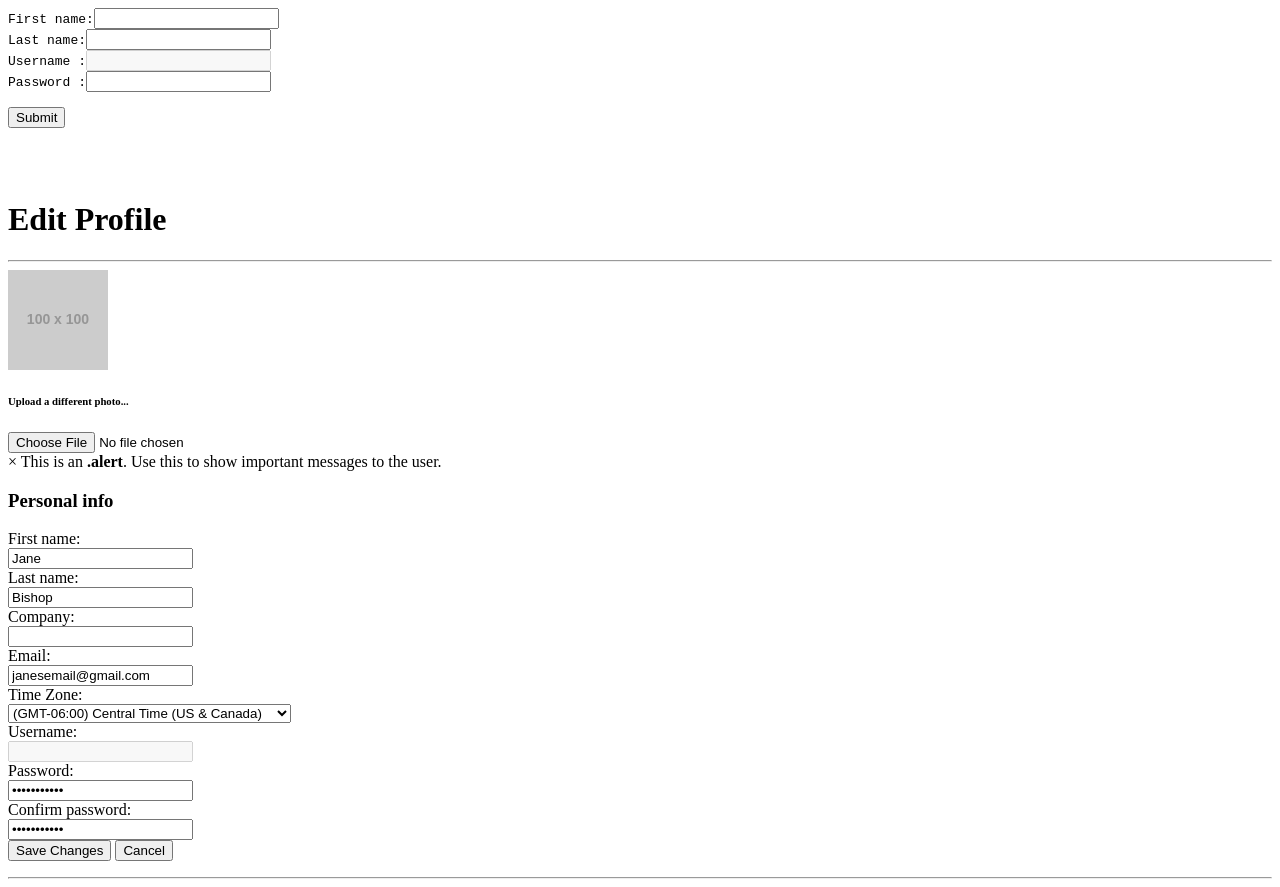
Repository: aneishkumar/AngularJS-Application
Page: Angularjs-Application-march30th/project2/WebContent/updateuser.html
The author's editor kept a copy of each file at every save. The page is drawn from the files as they stood at one save, then again after the next save.
The browser window is 1280 px wide. The pictures show the whole page.

Above is the page before, as saved 2018-03-29 11:22:21.

After the next save:
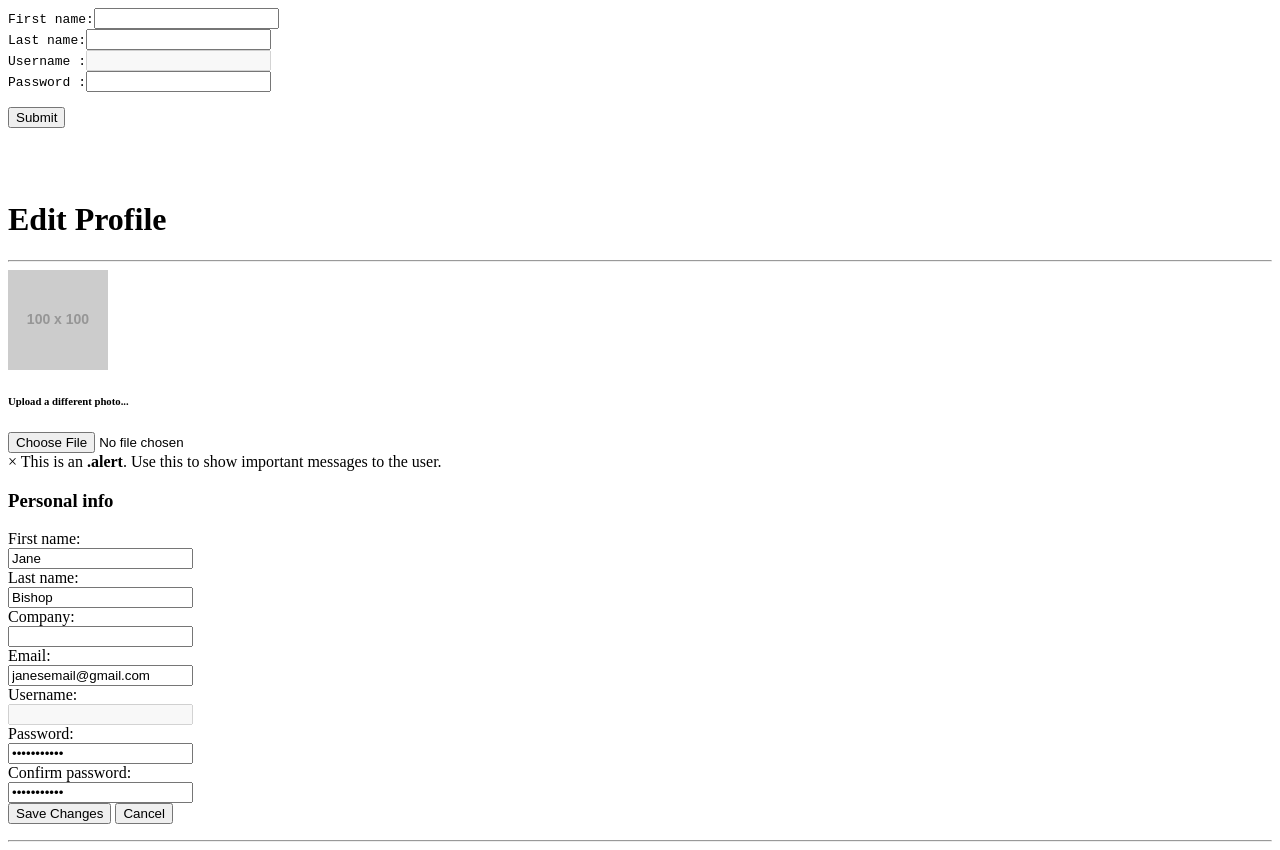
Saved 39 s later.
--- a/Angularjs-Application-march30th/project2/WebContent/updateuser.html
+++ b/Angularjs-Application-march30th/project2/WebContent/updateuser.html
@@ -58,23 +58,7 @@ Password :<input type="password" ng-model="user.password">
               <input class="form-control" type="text" value="janesemail@gmail.com">
             </div>
           </div>
-          <div class="form-group">
-            <label class="col-lg-3 control-label">Time Zone:</label>
-            <div class="col-lg-8">
-              <div class="ui-select">
-                <select id="user_time_zone" class="form-control">
-                  <option value="Hawaii">(GMT-10:00) Hawaii</option>
-                  <option value="Alaska">(GMT-09:00) Alaska</option>
-                  <option value="Pacific Time (US &amp; Canada)">(GMT-08:00) Pacific Time (US &amp; Canada)</option>
-                  <option value="Arizona">(GMT-07:00) Arizona</option>
-                  <option value="Mountain Time (US &amp; Canada)">(GMT-07:00) Mountain Time (US &amp; Canada)</option>
-                  <option value="Central Time (US &amp; Canada)" selected="selected">(GMT-06:00) Central Time (US &amp; Canada)</option>
-                  <option value="Eastern Time (US &amp; Canada)">(GMT-05:00) Eastern Time (US &amp; Canada)</option>
-                  <option value="Indiana (East)">(GMT-05:00) Indiana (East)</option>
-                </select>
-              </div>
-            </div>
-          </div>
+
           <div class="form-group">
             <label class="col-md-3 control-label">Username:</label>
             <div class="col-md-8">
